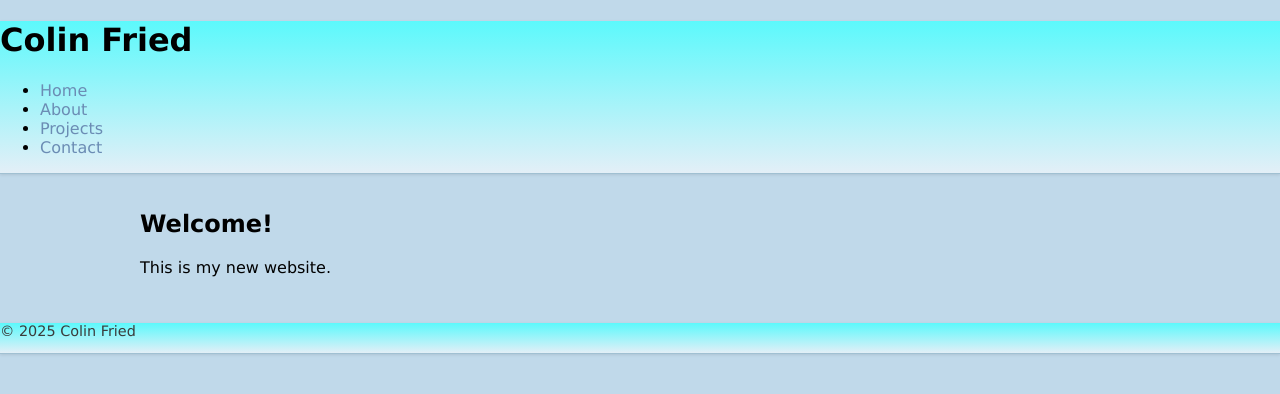
Repository: colinfdsaui/colin
Page: website.html
The author's editor kept a copy of each file at every save. The page is drawn from the files as they stood at one save, then again after the next save.
The browser window is 1280 px wide. The pictures show the whole page.

Above is the page before, as saved 2025-07-08 12:13:24.

### website.html
<!DOCTYPE html>
<html lang="en">
<link rel="stylesheet" href="styles.css">

<head>
    <meta charset="UTF-8"/>
    <meta name="viewport" content="width=device-width, initial-scale=1.0"/>
    <title>My Website</title>
    <link rel="stylesheet" href="styles.css"/>
</head>
<body>

<!-- Header / Nav -->
<header>
    <h1>Colin Fried</h1>
    <nav>
        <ul class="nav-links">
            <li><a class="active" href="website.html">Home</a></li>
            <li><a href="about.html">About</a></li>
            <li><a href="projects.html">Projects</a></li>
            <li><a href="test.html">Contact</a></li>
        </ul>
    </nav>
</header>

<!-- Main Content-->
<main>
    <section id="hero">
        <h2>Welcome!</h2>
        <p>This is my new website.</p>
    </section>
</main>

<!-- Footer -->
<footer>
    <p> © 2025 Colin Fried</p>
</footer>

<body>
</html>

### styles.css
/* ====================
   Global & layout
   ==================== */

/* 1) Define your palette once, at the top of your main stylesheet */
:root {
  /* ─── Aqua Palette ───────────────────────────────────────────────────────── */
  /* Light backgrounds */
  --aqua-bg-primary:      #c0d9ea; /* window background */
  --aqua-bg-secondary:    #e3eff7; /* sidebar / panels */
  --aqua-bg-highlight:    #fffffd; /* key UI surfaces */

  /* Accent blues */
  --aqua-accent:          #8db9e3; /* buttons, active tabs */
  --aqua-accent-dark:     #6b8cb4; /* hover, active state */

  /* Text */
  --aqua-text-primary:    #000000; /* body text */
  --aqua-text-secondary:  #3b3b3b; /* captions, secondary labels */
  --aqua-text-inverse:    #ffffff; /* on blue buttons, etc */

  /* Borders / dividers */
  --aqua-border:          #a0c0d2;

  /* Shadows (optional) */
  --aqua-shadow:          rgba(0, 0, 0, 0.1);
}

/* Base page styles */
body {
  margin:            0;
  padding:           0;
  font-family:       "Lucida Grande", -apple-system, BlinkMacSystemFont, sans-serif;
  background-color:  var(--aqua-bg-primary);
  color:             var(--aqua-text-primary);
}

/* Header & Footer with fallback + gradient + borders + shadow */
header,
footer {
  /* solid‑color fallback */
  background-color: var(--aqua-bg-secondary);

  /* gradient layered on top */
  background-image: linear-gradient(
    to bottom,
    rgba(2,255,255,0.6),
    var(--aqua-bg-secondary)
  );

  background-repeat: no-repeat;
  background-size:   cover;

  border-bottom:     1px solid var(--aqua-border);
  box-shadow:        0 1px 3px var(--aqua-shadow);
}

main {
  padding:    1rem;
  max-width:  1000px;
  margin:     auto;
}

footer {
  font-size: 0.9rem;
  color:     var(--aqua-text-secondary);
}

/* ====================
   Typography & Links
   ==================== */
a {
  color:           var(--aqua-accent-dark);
  text-decoration: none;
}

a:hover {
  text-decoration: underline;
}

/* ====================
   Buttons & Panels
   ==================== */
button {
  background-color: var(--aqua-accent);
  color:            var(--aqua-text-inverse);
  border:           1px solid var(--aqua-accent-dark);
  border-radius:    4px;
  padding:          0.5em 1em;
  cursor:           pointer;
  box-shadow:       0 1px 2px var(--aqua-shadow);
  font-family:      inherit;
  transition:       background-color 0.2s ease;
}

button:hover {
  background-color: var(--aqua-accent-dark);
}

.panel {
  background-color: var(--aqua-bg-highlight);
  border:           1px solid var(--aqua-border);
  padding:          1em;
  border-radius:    6px;
}

/* ====================
   Clickable Images (cursor stays arrow)
   ==================== */
img.clickable {
  cursor:     default; /* arrow only */
  transition:
    transform 0.15s ease-out,
    filter    0.15s ease-out;
}

img.clickable:hover {
  transform: scale(1.05);
  filter:
    drop-shadow(0 4px 8px rgba(0,0,0,0.2))
    brightness(1.05);
}

/* ====================
   Flipbook container
   ==================== */
#flipbook,
#flipbook-wrapper {
  width:       800px;
  height:      600px;
  margin:      2rem auto;
  overflow:    hidden;
  background:  var(--aqua-bg-highlight);
  border:      1px solid var(--aqua-border);
  box-shadow:  0 2px 4px var(--aqua-shadow);
}

/* Two‑page layout */
#flipbook .page {
  width:         50%;
  height:        100%;
  float:         left;
  overflow:      hidden;
  background:    var(--aqua-bg-highlight);
  border-right:  1px solid var(--aqua-border);
}

#flipbook .page:last-child {
  border-right: none;
}

/* Single‑page hack */
#flipbook.single-page .page:nth-child(1) {
  display:      block;
  margin:       0 auto;
  width:        50%;
}
#flipbook.single-page .page:nth-child(2) {
  display: none;
}

/* Page images */
#flipbook .page img {
  width:       100%;
  height:      100%;
  object-fit:  contain;
  transition:  transform 0.3s ease;
}

/* Zoomed page image */
#flipbook .page img.zoomed {
  transform: scale(2);
  cursor:    zoom-out;
}

/* Mask (page‑1 illusion) */
#mask {
  position:          absolute;
  inset:             0;
  pointer-events:    none;
  background-image:  linear-gradient(
    to right,
    var(--aqua-bg-highlight) 0%,
    rgba(255,255,255,0)      40%,
    rgba(255,255,255,0)      60%,
    var(--aqua-bg-highlight) 100%
  );
  display:           none;
}

/* Full‑screen zoom modal */
#zoom-modal {
  display:          none;
  position:         fixed;
  inset:            0;
  background:       rgba(0, 0, 0, 0.8);
  z-index:          9999;
  align-items:      center;
  justify-content:  center;
  overflow:         auto;
}

#zoom-modal img {
  width:       150%;
  height:      150%;
  transform:   translate(-15%);
  object-fit:  contain;
}

After the next save:
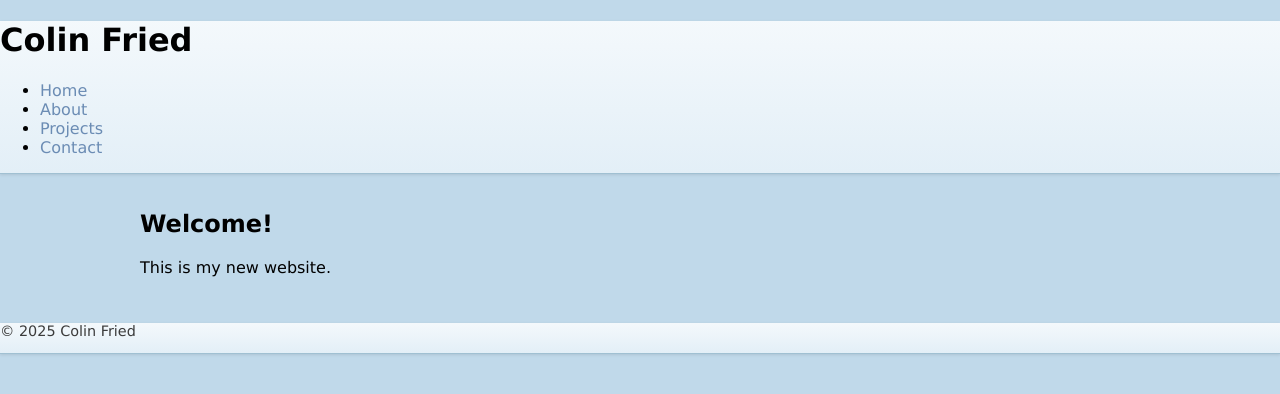
Saved 4 s later.
--- a/styles.css
+++ b/styles.css
@@ -44,7 +44,7 @@ footer {
   /* gradient layered on top */
   background-image: linear-gradient(
     to bottom,
-    rgba(2,255,255,0.6),
+    rgba(255,255,255,0.6),
     var(--aqua-bg-secondary)
   );
 
